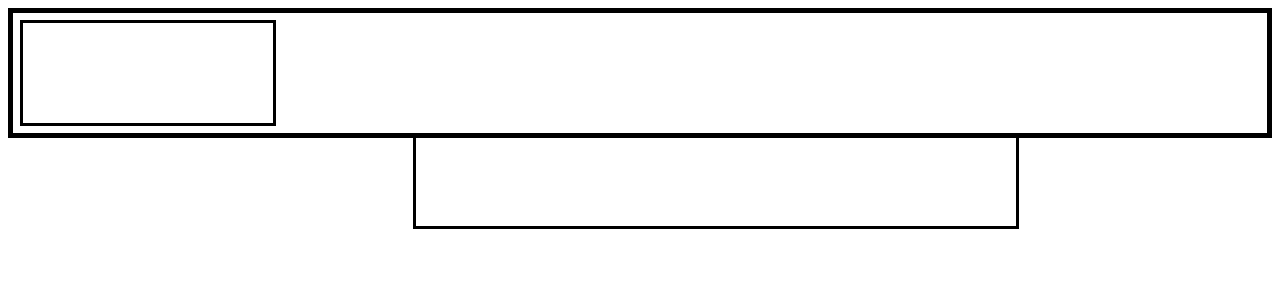
Repository: cartervandekamp/htmlstructure.mdia2003
Page: htmlstructure-psd/index.html
An editor plug-in stored every save of this project. The page is shown before and after the next save, followed by the edit.
The browser window is 1280 px wide. The pictures show the whole page.

Above is the page before, as saved 2023-01-16 18:03:43.

After the next save:
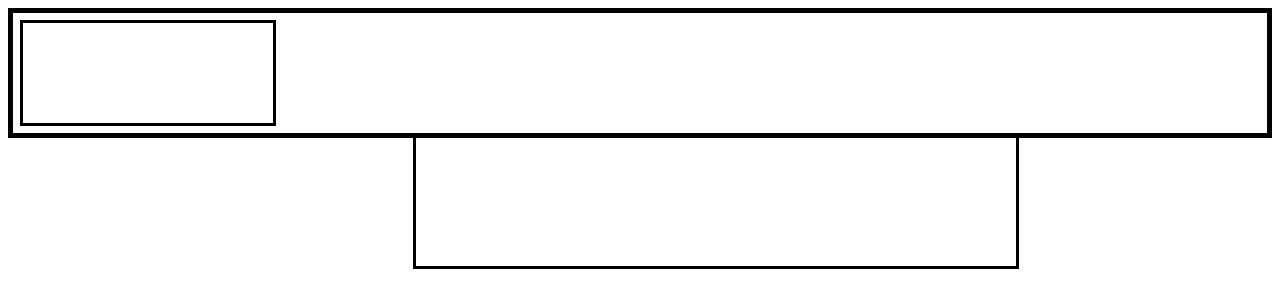
Saved 10 s later.
--- a/htmlstructure-psd/style.css
+++ b/htmlstructure-psd/style.css
@@ -25,5 +25,5 @@
     border-color: black;
     align-items: center;
     margin-left: 400px;
-    margin-bottom: 80px;
+    padding-bottom: 40px;
 }

After the save that followed:
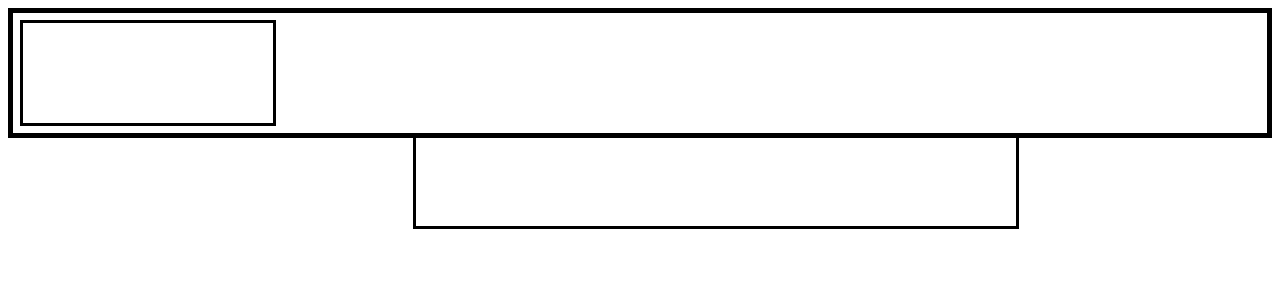
Saved 8 s later.
--- a/htmlstructure-psd/style.css
+++ b/htmlstructure-psd/style.css
@@ -25,5 +25,5 @@
     border-color: black;
     align-items: center;
     margin-left: 400px;
-    padding-bottom: 40px;
+    padding-bottom: -40px;
 }
